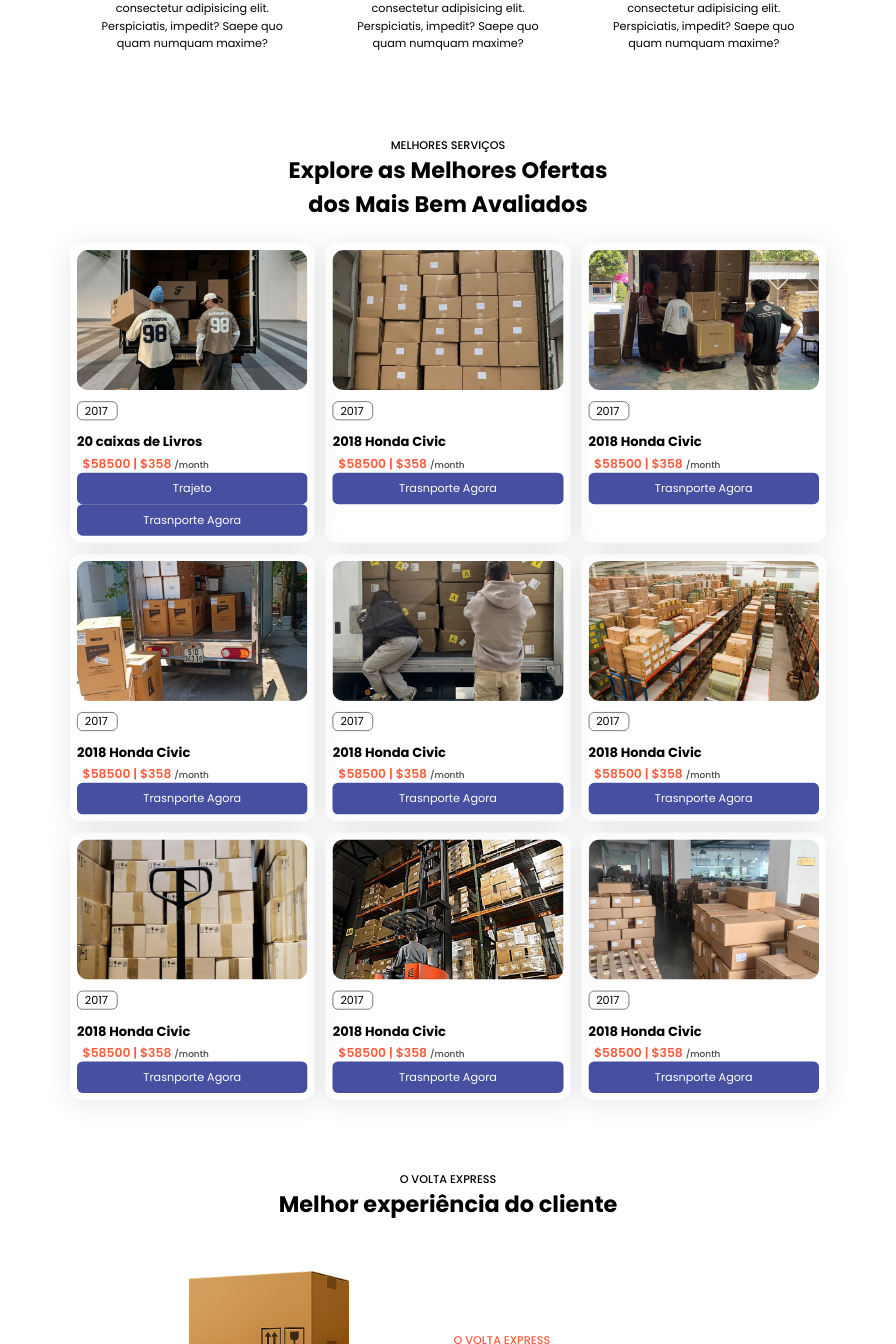
Repository: douglasabnovato/transportation
Page: index.html
An editor plug-in stored every save of this project. The page is shown before and after the next save, followed by the edit.
The browser window is 1280 px wide. The pictures show the part of the page from y = 1035 to 2955 px (the page is 4079 px tall), at 70% of full size.

Above is the page before, as saved 2025-05-19 01:11:20.

After the next save:
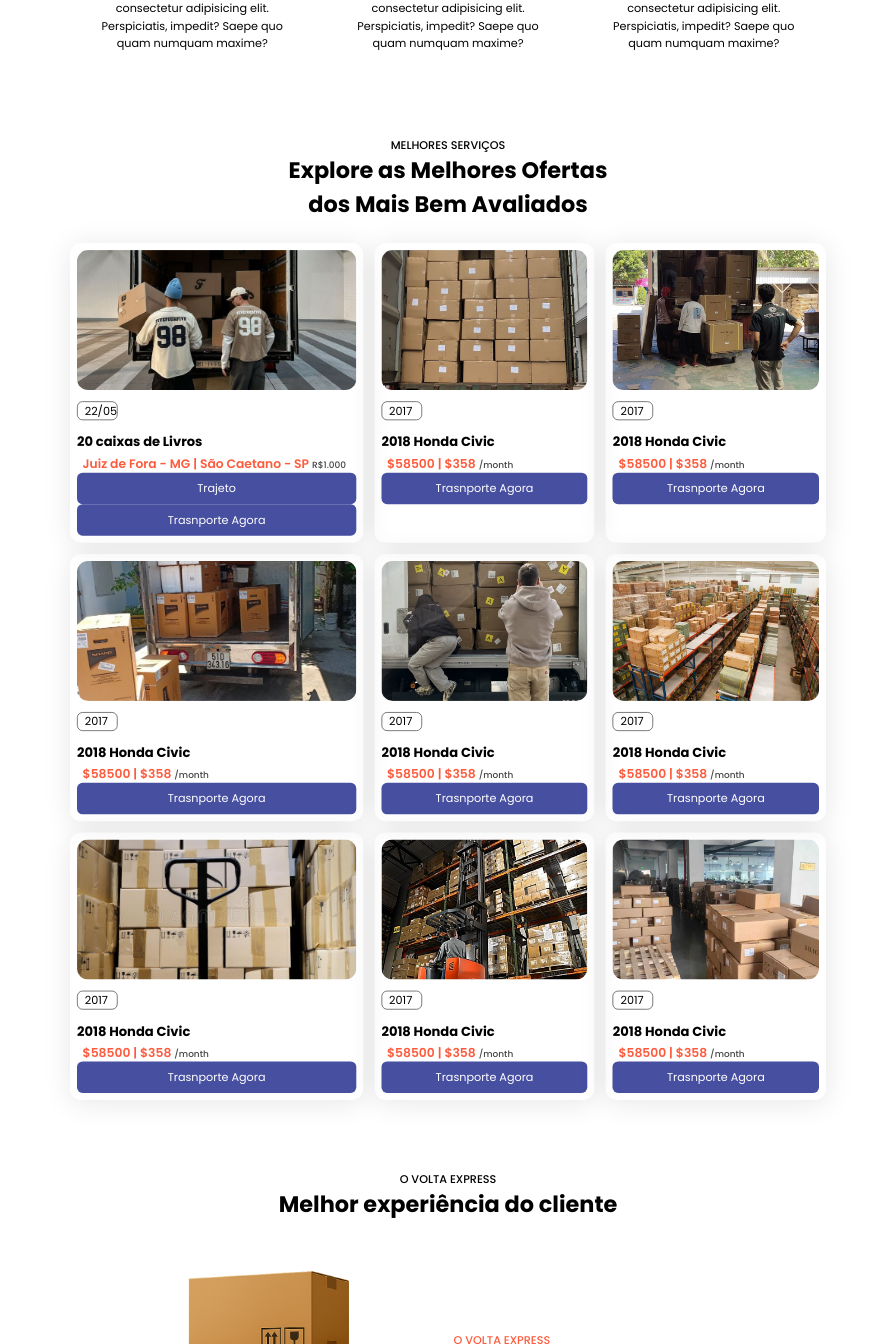
Saved 95 s later.
--- a/index.html
+++ b/index.html
@@ -119,9 +119,9 @@
               alt="car1"
             />
           </div>
-          <p>2017</p>
+          <p>22/05</p>
           <h3>20 caixas de Livros</h3>
-          <h2>$58500 | $358 <span> /month</span></h2>
+          <h2>Juiz de Fora - MG | São Caetano - SP <span> R$1.000</span></h2>
           <a href="#" class="btn">Trajeto</a
           ><a href="#" class="btn">Trasnporte Agora</a>
         </div>
